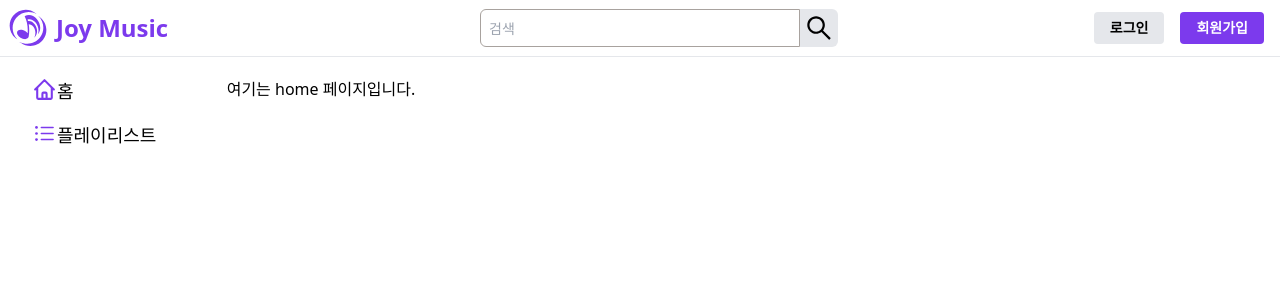
Repository: momo0170/streaming
Page: /
These files come from the project's save history. The page is drawn as it stood at one moment and after the next save; the edit follows.
The browser window is 1280 px wide. The pictures show the whole page.
The project was rebuilt for these pictures with package versions that can differ from the ones it lists, and the page was loaded fresh each time. Also part of the build but not shown: src/App.css, src/router/Playlist.jsx.

Above is the page before, as saved 2023-09-23 14:04:02.

### src/index.js
import React from 'react';
import ReactDOM from 'react-dom/client';
import './index.css';
import App from './App';
import { RouterProvider, createBrowserRouter } from 'react-router-dom';
import Home from './router/Home';
import Playlist from './router/Playlist';

const router = createBrowserRouter([
  {
    path: '/',
    element: <App />,
    children: [
      {
        index: true,
        element: <Home />,
      },
      {
        path: 'playlist',
        element: <Playlist />,
      },
    ],
  },
]);
const root = ReactDOM.createRoot(document.getElementById('root'));
root.render(
  <RouterProvider router={router}>
    <App />
  </RouterProvider>
);

### src/index.css
/* index.css 📂 */

@tailwind base;
@tailwind components;
@tailwind utilities;

### src/App.js
import { Outlet } from 'react-router-dom';
import './App.css';
import Header from './components/Header';
import MenuBar from './components/MenuBar';

function App() {
  return (
    <>
      <Header />
      <div className="flex m-3">
        <MenuBar />
        <Outlet />
      </div>
    </>
  );
}

export default App;

### src/router/Home.jsx
import React from 'react';

export default function Home() {
  return <main className="m-2 w-5/6">여기는 home 페이지입니다.</main>;
}

### src/components/Header.jsx
import React from 'react';
import { GiMusicSpell } from 'react-icons/gi';
import { AiOutlineSearch } from 'react-icons/ai';
import { Link } from 'react-router-dom';

export default function Header() {
  const handleSubmit = (e) => {
    e.preventDefault();
  };
  return (
    <header className="flex justify-between p-2 border-b h-13 items-center">
      <Link to="/" className="flex items-center">
        <GiMusicSpell
          size="40"
          color="#7c3aed"
          className="hover:animate-spin"
        />
        <div className="text-violet-600 text-2xl ml-2 font-bold">Joy Music</div>
      </Link>
      <form className="flex transform translate-x-8" onSubmit={handleSubmit}>
        <input
          type="text"
          placeholder="검색"
          className="rounded-l-md border border-stone-400 p-1 px-2 focus:shadow-inner2 outline-none focus:border-violet-600 placeholder:text-sm hover:shadow-hoverInput hover:border-hoverInput w-80"
        />
        <button className="bg-gray-200 p-1 rounded-r-md box-border hover:bg-gray-300">
          <AiOutlineSearch size="30" />
        </button>
      </form>
      <div className="flex">
        <button className="bg-gray-200 mx-2 px-4 py-1.5 rounded text-sm font-semibold hover:bg-gray-300">
          로그인
        </button>
        <button className="bg-violet-600 text-white mx-2 px-4 py-1.5 rounded text-sm font-semibold hover:bg-violet-700">
          회원가입
        </button>
      </div>
    </header>
  );
}

### src/components/MenuBar.jsx
import React from 'react';
import MenuButton from './MenuButton';

export default function MenuBar() {
  const list = [
    ['/', '홈'],
    ['/playlist', '플레이리스트'],
  ];

  return (
    <aside className="flex flex-col w-1/6">
      {list.map((item, idx) => (
        <MenuButton key={idx} text={item[1]} path={item[0]} />
      ))}
    </aside>
  );
}

### src/components/MenuButton.jsx
import React from 'react';
import { Link } from 'react-router-dom';
import { HiHome, HiOutlineHome } from 'react-icons/hi';
import { IoIosListBox, IoIosList } from 'react-icons/io';

export default function MenuButton({ text, path }) {
  const SIZE = '25';
  const COLOR = '#7C3AED';
  return (
    <Link to={path} className="flex px-5 py-2 rounded hover:bg-violet-100">
      {text === '홈' ? (
        <HiOutlineHome size={SIZE} color={COLOR} />
      ) : (
        <IoIosList size={SIZE} color={COLOR} />
      )}
      <span className="text-lg">{text}</span>
    </Link>
  );
}

### tailwind.config.js
/** @type {import('tailwindcss').Config} */
module.exports = {
  content: ['./src/**/*.{js,jsx,ts,tsx}'],
  theme: {
    extend: {
      borderWidth: {
        1.5: '1.5px',
      },
      boxShadow: {
        inner2: '0 0 0 1.5px #7c3aed inset',
        hoverInput: '0 0 0 1px #ABABAB inset',
      },
      borderColor: {
        hoverInput: '#ABABAB',
      },
    },
  },
  plugins: [],
};

Loaded but not shown: public/index.html (common file)

After the next save:
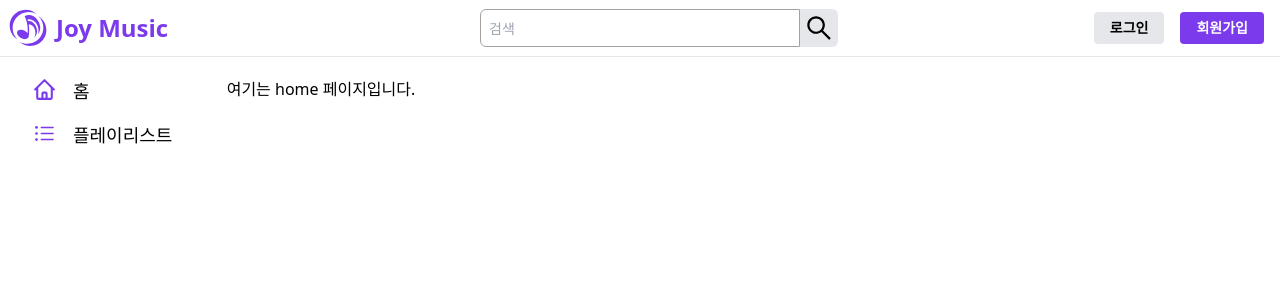
Saved 40 s later.
--- a/src/components/MenuButton.jsx
+++ b/src/components/MenuButton.jsx
@@ -13,7 +13,7 @@ export default function MenuButton({ text, path }) {
       ) : (
         <IoIosList size={SIZE} color={COLOR} />
       )}
-      <span className="text-lg">{text}</span>
+      <span className="text-lg ml-4">{text}</span>
     </Link>
   );
 }
